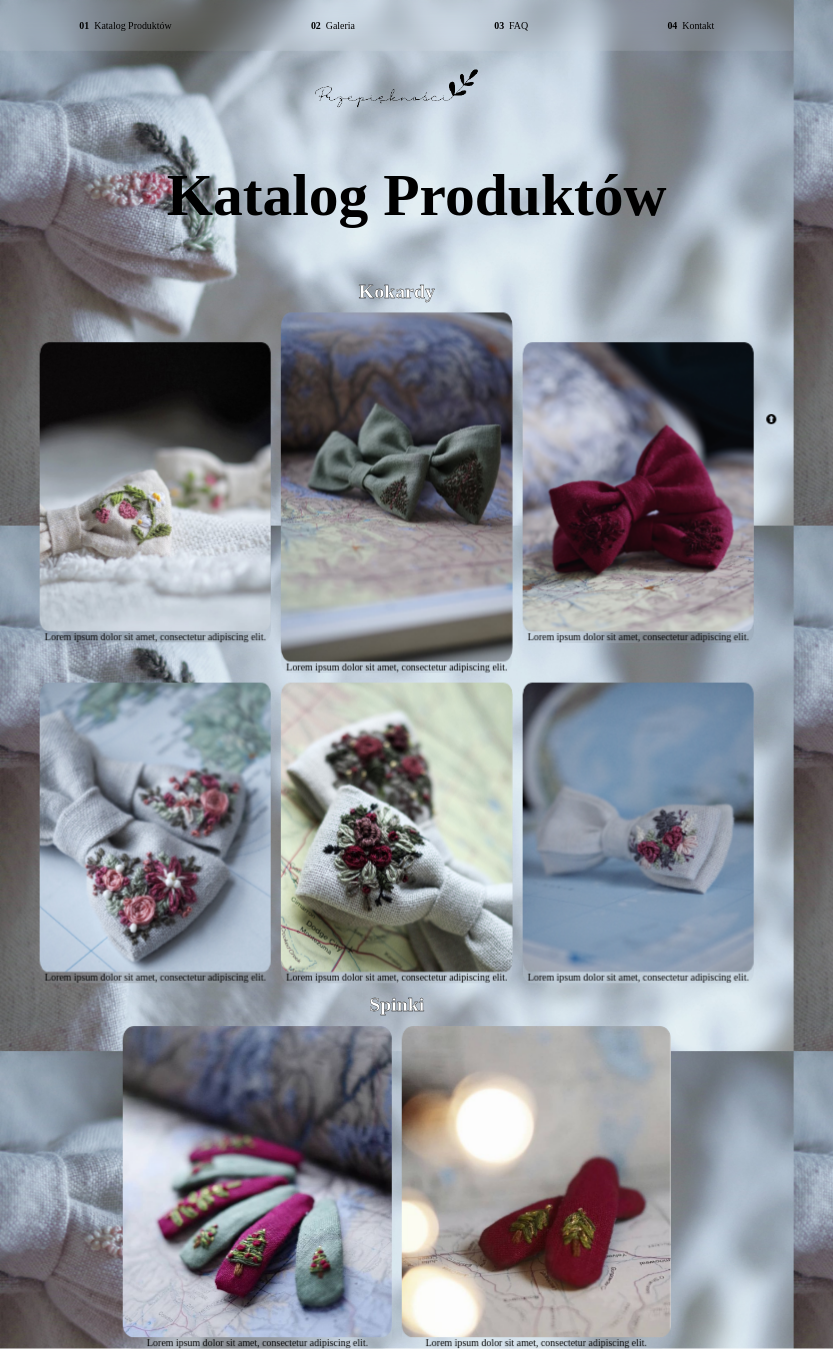
Repository: kowalkos/Rak_projekt
Page: /produkty
An editor plug-in stored every save of this project. The page is shown before and after the next save, followed by the edit.
The browser window is 1280 px wide. The page is 1344 px wide, then 1280 px, so the pictures cover 1344 px, including what lies to the right of the window. The pictures show the whole page, at 62% of full size.
Backgrounds fixed to the window are drawn as part of the page. The project was rebuilt for these pictures with package versions that can differ from the ones it lists, and the page was loaded fresh each time. Also part of the build but not shown: src/components/galeria/Galeria.js, src/components/main/Main.js, src/components/FAQ/Faq.js, src/components/about/About.js.

Above is the page before, as saved 2022-01-16 19:30:17.

### src/index.css
body {
  margin: 0;
  background-image: url('/src/img/tlo.jpg');
  background-attachment: fixed;
  background-repeat: no-repeat;
  background-size: cover;
  overflow-x: hidden;
  color: black;

  min-width: 325px;
}

### src/App.js
import Produkt from './components/produkty/produkt';
import Galeria from './components/galeria/Galeria';
import Main from './components/main/Main';
import Faq from './components/FAQ/Faq';
import About from './components/about/About';
import Footer from './components/footer/footer';
import './App.css';
import NavBar from './components/navbar/NavBar';
import {BrowserRouter as Router, Route, Routes} from 'react-router-dom';
function App() {

  return (
    <Router>
    <div className="App">
     <NavBar/>
     <Routes>
     <Route path="/" element={<Main/>}/>
     <Route path="/Faq"element={<Faq/>}/>
     <Route path="/produkty" element={<Produkt/>}/>
     <Route path="/galeria"element={<Galeria/>}/>
     <Route path="/about"element={<About/>}/>
     </Routes>
     <Footer/>
    </div>
    </Router>
  );
}

export default App;

### src/components/produkty/produkt.js
import './Produkt.css';
import kokarda1 from '../../img/kokarda1.jpg';
import kokarda2 from '../../img/kokarda2.jpg';
import kokarda3 from '../../img/kokarda3.jpg';
import kokarda4 from '../../img/kokarda4.jpg';
import kokarda5 from '../../img/kokarda5.jpg';
import kokarda6 from '../../img/kokarda6.jpg';
import spinka1 from '../../img/spinka1.png';
import spinka2 from '../../img/spinka2.png';
function Produkt(props) {


    return <div className='wrapper'>
        <div className='references'>
          <h1>Katalog Produktów</h1>
        </div>

        <section id='kokardy'>

            <h2>Kokardy</h2>
            <div className='container'>

                <div className='items'>
                    <img src={kokarda1} />
                    Lorem ipsum dolor sit amet, consectetur adipiscing elit.
                </div>
                <div className='items'>
                    <img src={kokarda2} />
                    Lorem ipsum dolor sit amet, consectetur adipiscing elit.
                </div>
                <div className='items'>
                    <img src={kokarda3} />
                    Lorem ipsum dolor sit amet, consectetur adipiscing elit.
                </div>
                <div className='items'>
                    <img src={kokarda4} />
                    Lorem ipsum dolor sit amet, consectetur adipiscing elit.
                </div>
                <div className='items'>
                    <img src={kokarda5} />
                    Lorem ipsum dolor sit amet, consectetur adipiscing elit.
                </div>
                <div className='items'>
                    <img src={kokarda6} />
                    Lorem ipsum dolor sit amet, consectetur adipiscing elit.
                </div>
            </div>
        </section>

        <section id='spinki'>
            <h2>Spinki</h2>
            <div className='container2'>

                <div className='items'>
                    <img src={spinka1} />
                    Lorem ipsum dolor sit amet, consectetur adipiscing elit.
                </div>
                <div className='items'>
                    <img src={spinka2} />
                    Lorem ipsum dolor sit amet, consectetur adipiscing elit.
                </div>
            </div>
        </section>
    </div>;

}

export default Produkt;

### src/components/footer/footer.js
import './footer.css';
function Footer(props)
{
    return <div >

            <a href='#top'>
                <button className='upArrow'></button>
            </a>


    </div>;
}
export default Footer;

### src/App.css
.App {
  text-align: center;
  /* background-image: url('/src/img/kosmos.jpg'); */

}

### src/components/navbar/NavBar.js

import { Link } from 'react-router-dom';
import logo from '../../img/logoso.png';
import './NavBar.css';
function NavBar(props) {


    function toggle() {
        const primaryNav = document.querySelector('.primary-navigation');
        const navToggle = document.querySelector('.mobile-nav-toggle');
        console.log(primaryNav);
        console.log(navToggle);

        const visibility = primaryNav.getAttribute('data-visible');
        if (visibility === "false") {
            primaryNav.setAttribute('data-visible', true);
            navToggle.setAttribute('aria-expanded', true);
        }
        else if (visibility === "true") {
            primaryNav.setAttribute('data-visible', false);
            navToggle.setAttribute('aria-expanded', false);
        }
        console.log(visibility);
    }
    return <header className='primary-header'>
        <button className='mobile-nav-toggle'
            aria-controls='primary-navigation'
            onClick={toggle} >
            <span className='sr-only'></span>
        </button>

        <nav>
            <ul id='primary-navigation' aria-expanded="false" data-visible="false" className='primary-navigation flex'>
                {/* <li>
                    <Link to='/' >
                        <span aria-hidden="true">00</span>
                        Strona główna
                    </Link>
                </li> */}
                <li>
                    <Link to='/produkty' >
                        <span aria-hidden="true">01</span>
                        Katalog Produktów
                    </Link>
                </li>
                <li>
                    <Link to='/galeria' >
                        <span aria-hidden="true">02</span>
                        Galeria
                    </Link>
                </li>
                <li>
                    <Link to='/Faq' >
                        <span aria-hidden="true">03</span>
                        FAQ
                    </Link>
                </li>
                <li>
                    <Link to='/about' >
                        <span aria-hidden="true">04</span>
                        Kontakt
                    </Link>
                </li>
            </ul>
        </nav>
        <div className='logo'>
        <Link to='/' >
            <img  src={logo} alt='Logo'></img>
            </Link>
        </div>

    </header>;

    // return <div className='main-nav-bar' >
    //     <div className='nav-bar__roll-down' onhover={onHoverHandle} >
    //         Katalog Produktów
    //         <div id='nav-bar__inside'>
    //             Kokardy
    //         </div>
    //         <div id='nav-bar__inside'>
    //             Kokardy
    //         </div>
    //         <div id='nav-bar__inside'>
    //             Kokardy
    //         </div>
    //         <div id='nav-bar__inside'>
    //             Kokardy
    //         </div>height:"20px";width
    //     </div >
    //     <div className='nav-bar'>
    //         O mnie
    //     </div>
    //     <div className='nav-bar'>
    //         FAQ
    //     </div>
    //     <div className='nav-bar'>
    //         Kontakt
    //     </div>

    // </div>;
}

export default NavBar;

### src/components/produkty/Produkt.css
.references
{
    width: 100%;
    text-align: center;
}
.references {
    color: black;
    display: inline-block;
    padding: 0rem 1rem;
    margin:0 1rem;
    font-size: 3rem ;


}
h2{
    margin: 1rem auto;
    color: white;
    -webkit-text-stroke: 0.5px black;
    width: max(70%,300px);
    font-size: 2rem;
}
@supports(backdrop-filter: blur(1rem)) {
    .items{
        backdrop-filter: blur(4rem);


        border-radius: 4%;
        overflow: hidden;



    }
}
.items
{
    margin:  auto;
    width: max(100%);

}
.items >img{
    max-width: 100%;
    display: block;
    margin: 0 auto;
    border-radius: 4%;
}
.wrapper{
    width: 100%;
}
.container2
{
    width: 69%;
   margin: 0 auto;
    display: grid;
    grid-template-columns: repeat(2,1fr);
    gap:1rem 1rem;
}
.container
{
    width: 90%;
   margin: 0 auto;
    display: grid;
    grid-template-columns: repeat(3,1fr);
    gap:1rem 1rem;
}
.col-span
{
    grid-column: span 2;
}
@media (max-width:35em) {
    .container2
    {
        width: 69%;
       margin: 0 auto;
        display: grid;
        grid-template-columns: repeat(1,1fr);
        gap:1rem 1rem;
    }
    .container
    {
        width: 69%;
       margin: 0 auto;
        display: grid;
        grid-template-columns: repeat(1,1fr);
        gap:1rem 1rem;
    }
}

### src/components/footer/footer.css
.footer
{
    width: 80%;
    margin: 0 auto;
}
.upArrow
{
    display: block;
    position: fixed;
    width: 2.25rem;
    aspect-ratio: 1;
    right: 0.5rem;
    bottom: 1rem;
    z-index: 10000;
    background-color: transparent;
    background-image: url(/src/img/arrow_up.svg);
    background-repeat: no-repeat;
    border: 0px;
    transition: all 0.5s ease-in-out;

}

### src/components/navbar/NavBar.css
.flex {
    display: flex;
    gap: var(--gap, 1rem);
}

.primary-header {
    align-items: center;
    justify-content: space-between;

}
.logo{
    margin:0rem;
}
.mobile-nav-toggle {
    display: none;
}

.primary-navigation {
    list-style: none;
    margin: 0 0rem;
    background: hsl(0 0% 0% /0.75);
}


.primary-navigation a {
    text-decoration: none;
    color: black;
}

.primary-navigation a>[aria-hidden="true"] {
    font-weight: 700;
    margin-inline-end: .5rem;
}

@supports(backdrop-filter: blur(1rem)) {
    .primary-navigation {
        background: hsl(0 0% 100% /0.1);
        backdrop-filter: blur(1rem);
    }
}

@media (max-width:35em) {
    .primary-navigation {
        position: fixed;
        inset: 0 0 0 50%;
        --gap: 1rem;
        z-index: 1000;
        flex-direction: column;
        padding: min(30vh, 5rem) 1rem;

        transform: translateX(100%);
        transition: transform 350ms ease-out;
    }

    .primary-navigation[data-visible="true"] {
        transform: translateX(0%);
    }

    .mobile-nav-toggle {
        display: block;
        position: fixed;
        width: 2.25rem;
        aspect-ratio: 1;
        top: 2rem;
        right: 1rem;
        z-index: 9999;
        background-color: transparent;
        background-image: url(/src/img/Hamburger_icon.svg);
        background-repeat: no-repeat;
        border: 0px;
    }

    .mobile-nav-toggle[aria-expanded="true"] {
        background-image: url(/src/img/x-symbol.svg);
        background-size: 32px;
    }

    .sr-only {
        display: none;
    }
}

@media (min-width:35em) and (max-width:55em) {
    .primary-navigation a>span[aria-hidden="true"] {
        display: none;
    }
}
@media (min-width:35em)
{

.primary-navigation{
    --gap:2rem;
    justify-content: space-between;
    padding-block: 2rem;
    padding-inline:clamp(3rem,10vw,10rem);
}
}

Loaded but not shown: public/index.html (common file); src/index.js (common file)

After the next save:
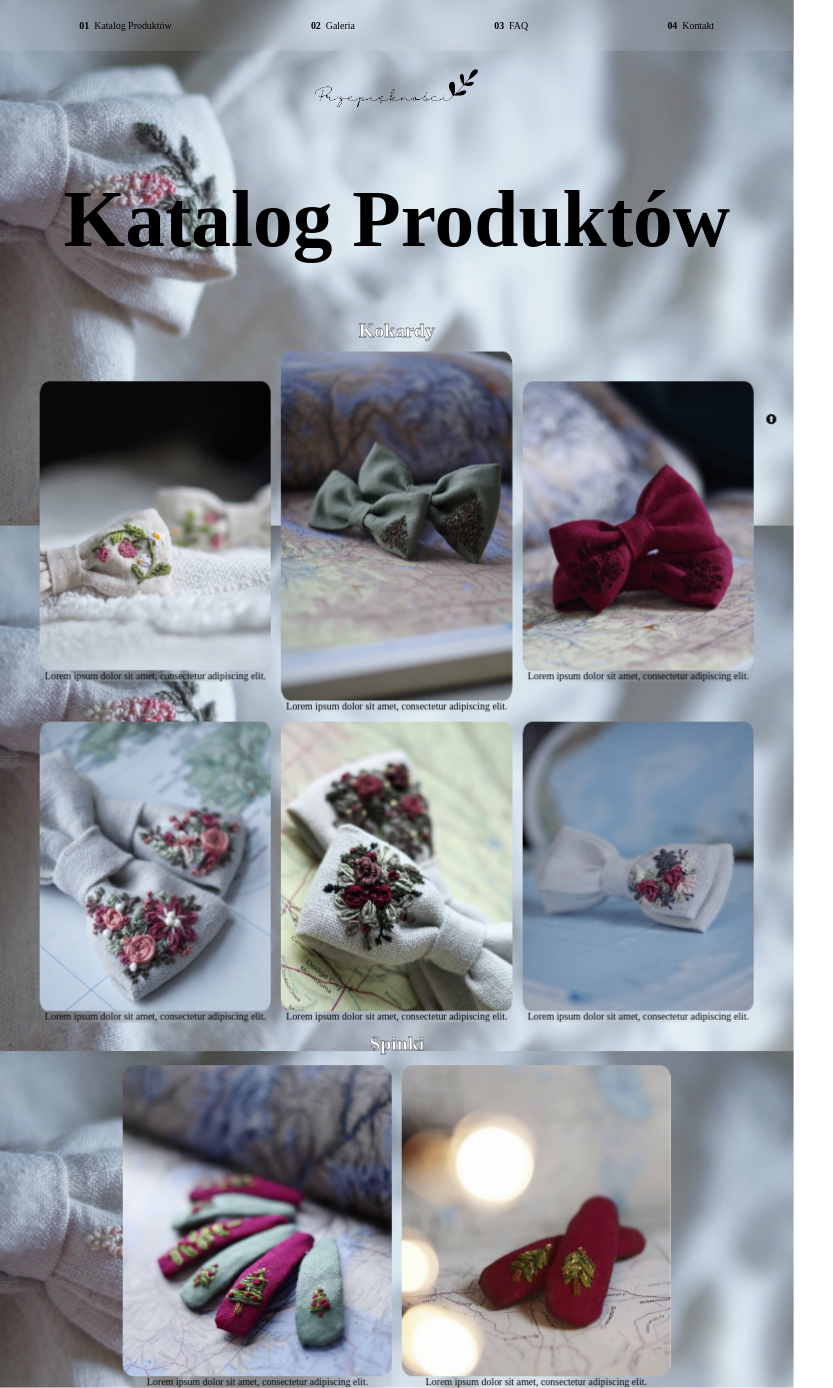
Saved 19 s later.
--- a/src/components/produkty/Produkt.css
+++ b/src/components/produkty/Produkt.css
@@ -2,13 +2,14 @@
 {
     width: 100%;
     text-align: center;
+    font-size: 4rem ;
 }
-.references {
+.references a {
     color: black;
     display: inline-block;
     padding: 0rem 1rem;
     margin:0 1rem;
-    font-size: 3rem ;
+
 
 
 }
